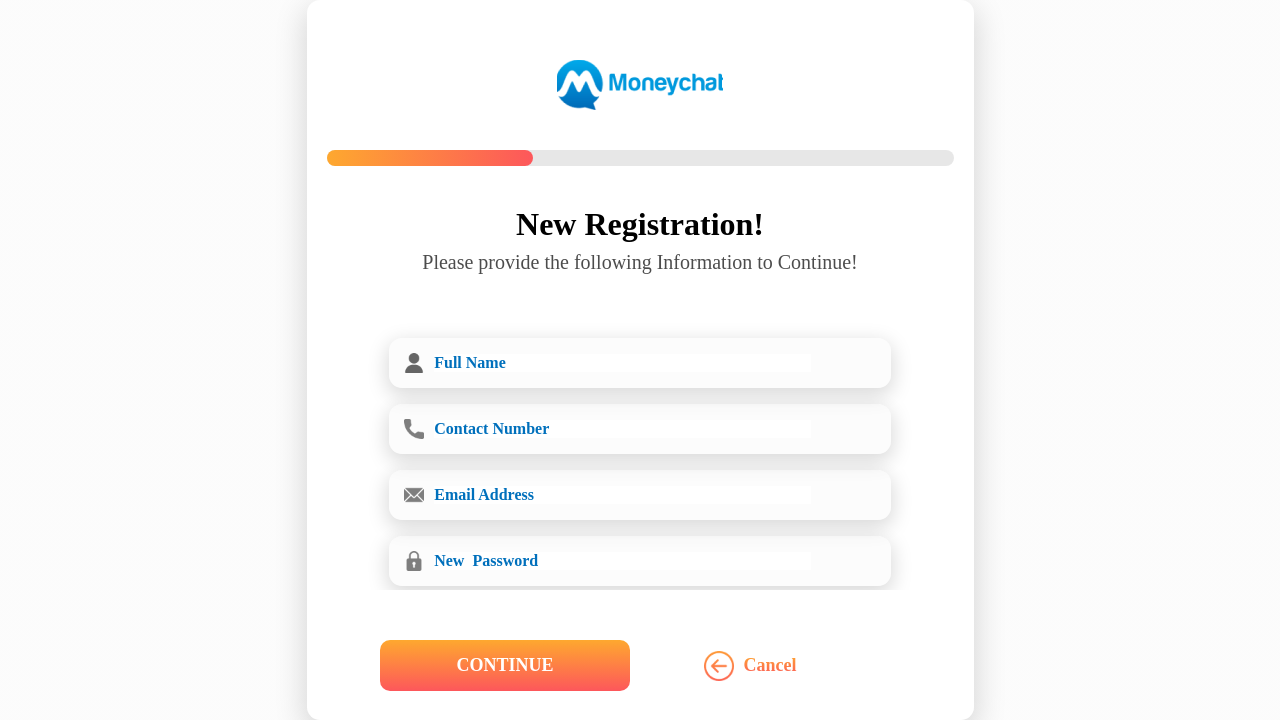
Repository: FlyweisReact/Money-Chat
Page: /register
The author's editor kept a copy of each file at every save. The page is drawn from the files as they stood at one save, then again after the next save.
The browser window is 1280 px wide. The pictures show the whole page.
The project was rebuilt for these pictures with package versions that can differ from the ones it lists, and the page was loaded fresh each time. Also part of the build but not shown: src/forms/Login.jsx.

Above is the page before, as saved 2023-11-29 17:14:31.

After the next save:
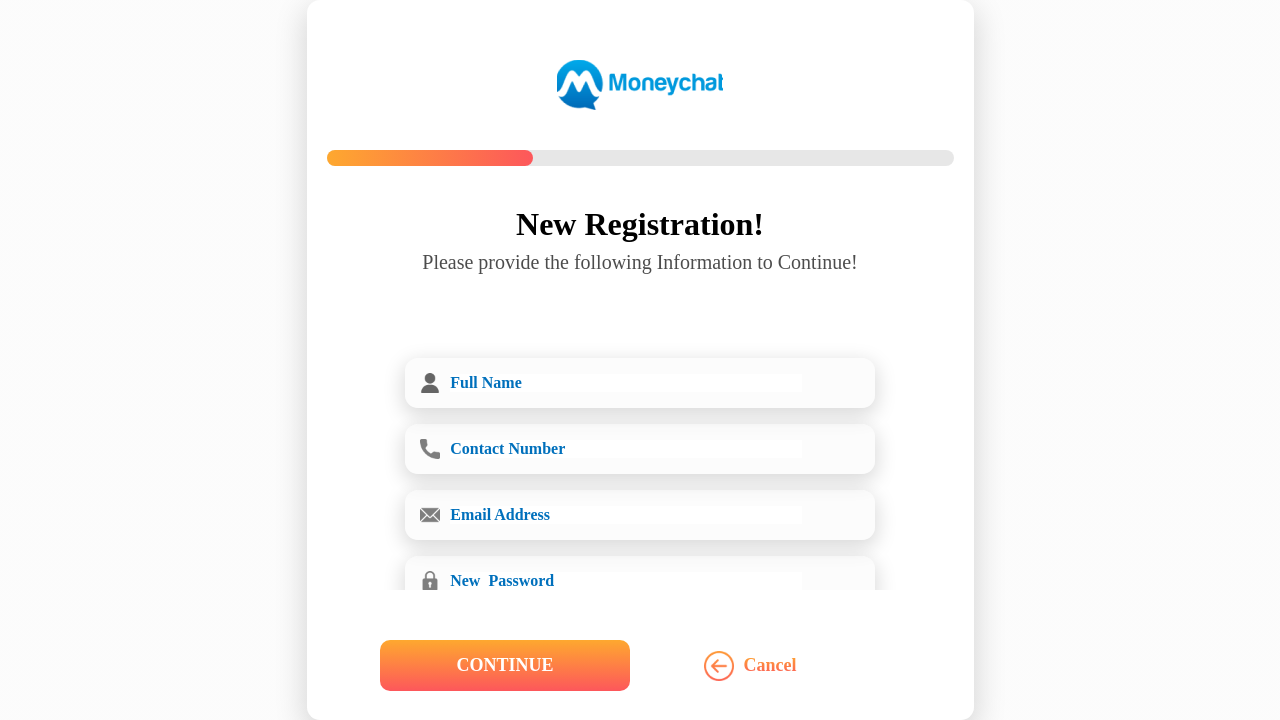
Saved 24 s later.
--- a/src/index.css
+++ b/src/index.css
@@ -1131,6 +1131,9 @@
   height: 100%;
 }
 
+.Login_Container .input_container.special{
+  padding: 20px;
+}
 .Login_Container .input_container .heading {
   color: #0070bc;
   font-size: 20px;

After the save that followed:
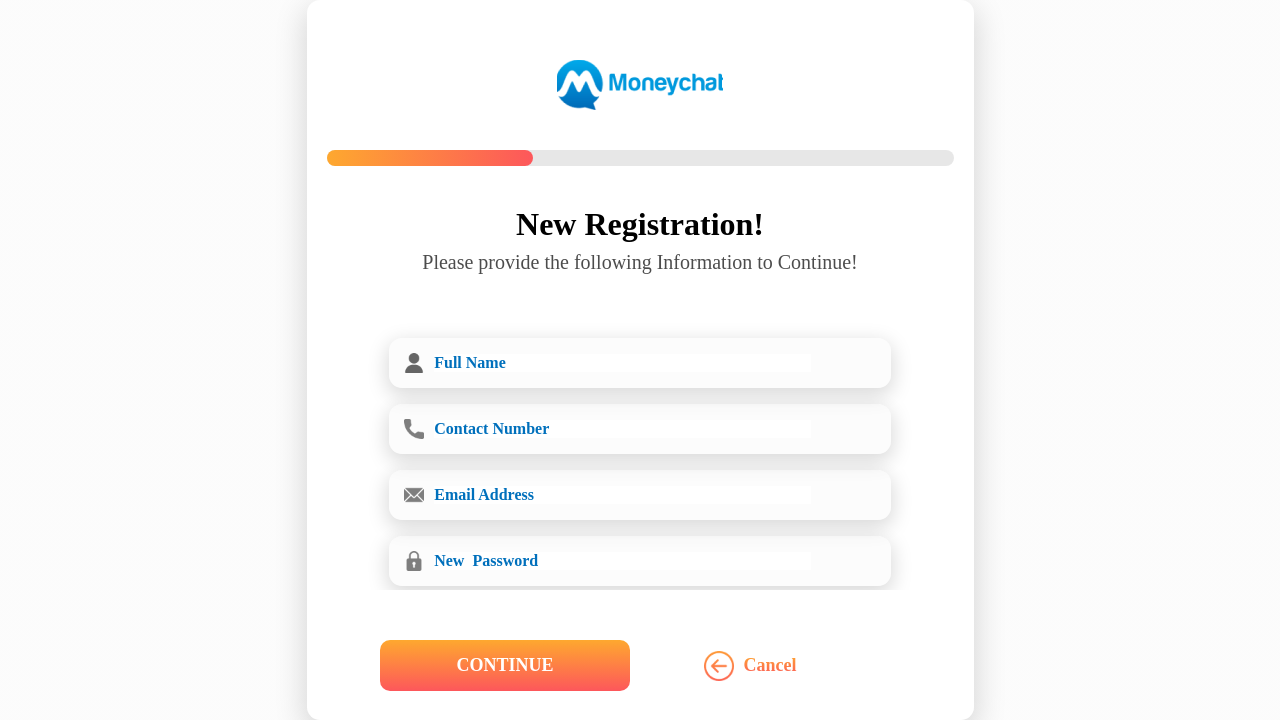
Saved 27 s later.
--- a/src/index.css
+++ b/src/index.css
@@ -1131,9 +1131,7 @@
   height: 100%;
 }
 
-.Login_Container .input_container.special{
-  padding: 20px;
-}
+
 .Login_Container .input_container .heading {
   color: #0070bc;
   font-size: 20px;
